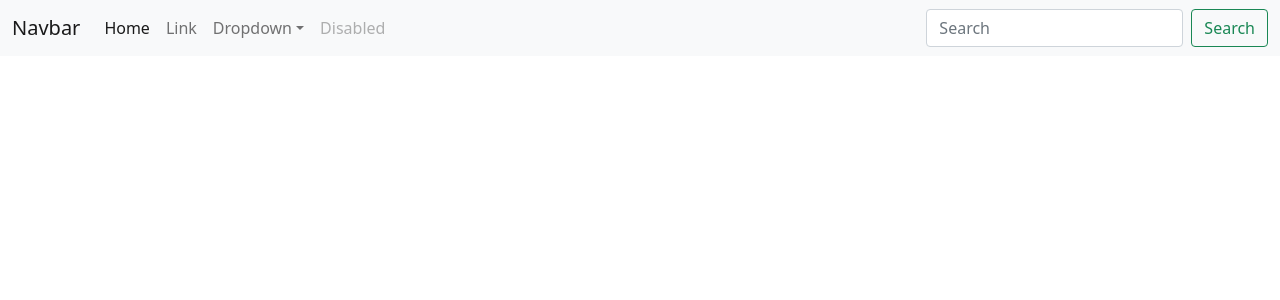
Repository: ashish9503/news_app
Page: /
The author's editor kept a copy of each file at every save. The page is drawn from the files as they stood at one save, then again after the next save.
The browser window is 1280 px wide. The pictures show the whole page.
The project was rebuilt for these pictures with package versions that can differ from the ones it lists, and the page was loaded fresh each time.

Above is the page before, as saved 2024-03-08 22:33:37.

After the next save:
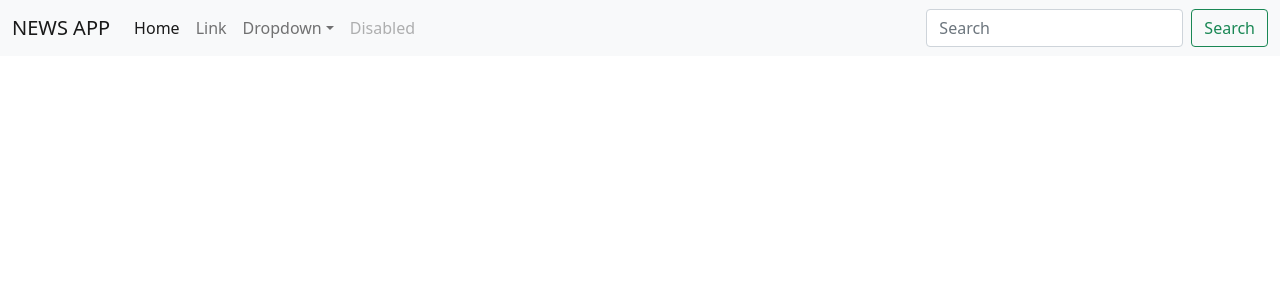
Saved 54 s later.
--- a/src/component/navbar/Navbar.js
+++ b/src/component/navbar/Navbar.js
@@ -5,7 +5,7 @@
     <div>
       <nav className="navbar navbar-expand-lg navbar-light bg-light">
   <div className="container-fluid">
-    <a className="navbar-brand" href="#">Navbar</a>
+    <a className="navbar-brand" href="#">NEWS APP</a>
     <button className="navbar-toggler" type="button" data-bs-toggle="collapse" data-bs-target="#navbarSupportedContent" aria-controls="navbarSupportedContent" aria-expanded="false" aria-label="Toggle navigation">
       <span className="navbar-toggler-icon"></span>
     </button>
